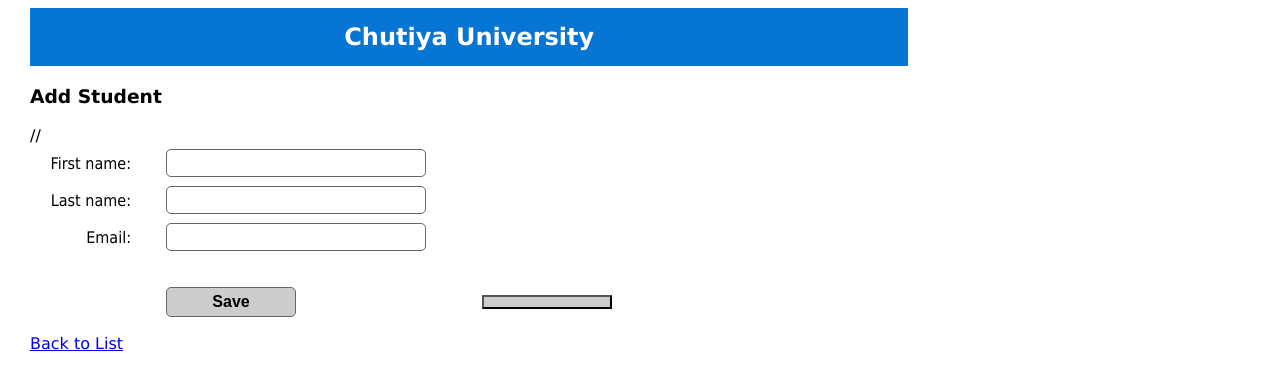
Repository: shafa45/JSP-SERVLET-JDBC-Tutorial
Page: http://localhost/web-student-tracker/add-student-form.jsp
The author's editor kept a copy of each file at every save. The page is drawn from the files as they stood at one save, then again after the next save.
The browser window is 1280 px wide. The pictures show the whole page.
The page is served by Tomcat 9.

Above is the page before, as saved 2022-11-25 18:20:23.

After the next save:
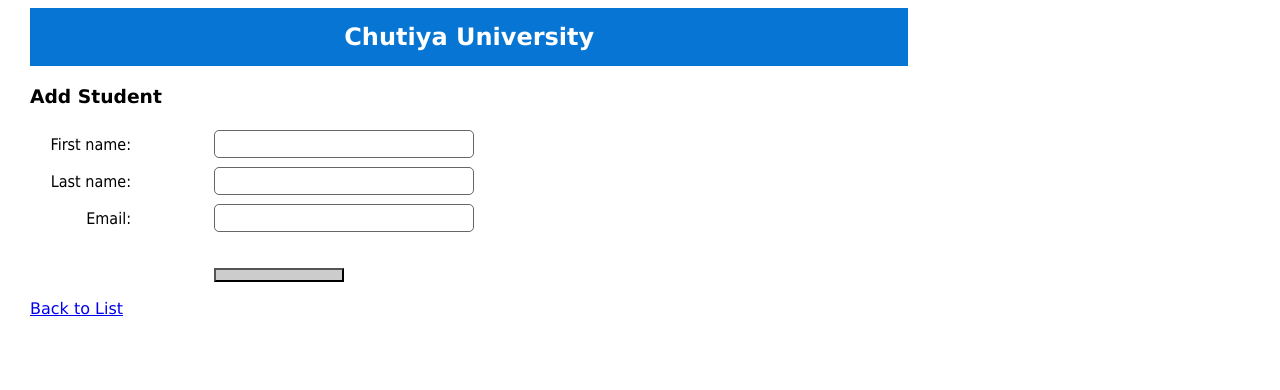
Saved 10 s later.
--- a/web-student-tracker/WebContent/add-student-form.jsp
+++ b/web-student-tracker/WebContent/add-student-form.jsp
@@ -41,7 +41,7 @@
 
 					<tr>
 						<td><label></label></td>
-						//<td><input type="submit" value="Save" class="save" /></td>
+
 						<td><button type="submit" value="Save" class="save" /></td>
 					</tr>
 
